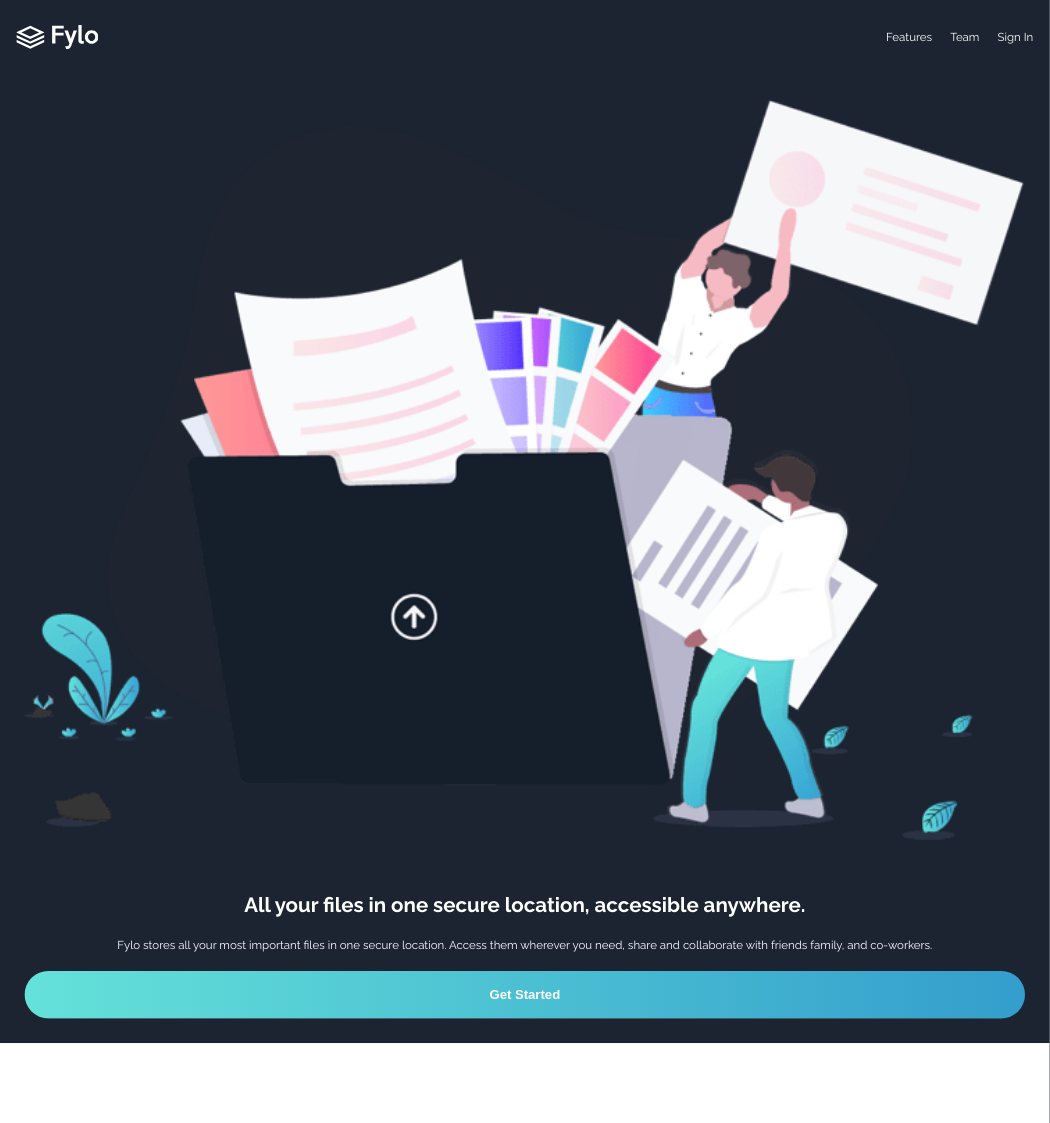
Repository: tomas938/fylo-dark-theme-landing-page-master
Page: index.html
These files come from the project's save history. The page is drawn as it stood at one moment and after the next save; the edit follows.
The browser window is 1280 px wide. The pictures show the whole page, at 82% of full size.
The style sheet was rebuilt from its Sass, Less or Tailwind sources for each picture, by a compiler version that may differ from the author's.

Above is the page before, as saved 2021-08-05 12:09:49.

After the next save:
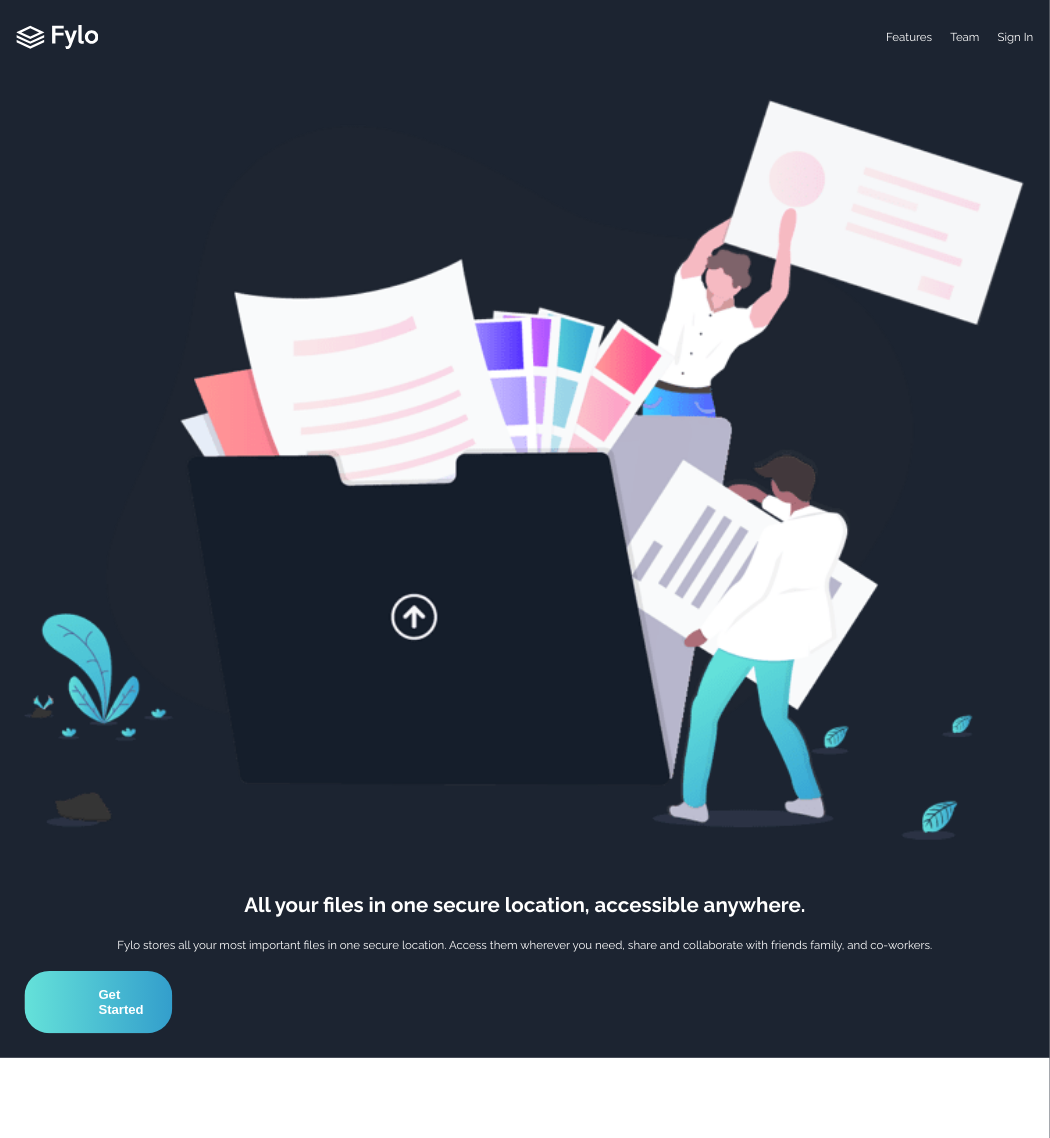
Saved 29 s later.
--- a/scss/_partials/_intro.scss
+++ b/scss/_partials/_intro.scss
@@ -48,6 +48,7 @@
 		text-align: center;
 	}
 	.blue-rounded {
+		max-width: 10rem;
 		font-size: 1.6rem;
 		font-weight: $heading-bold;
 		border: none;
